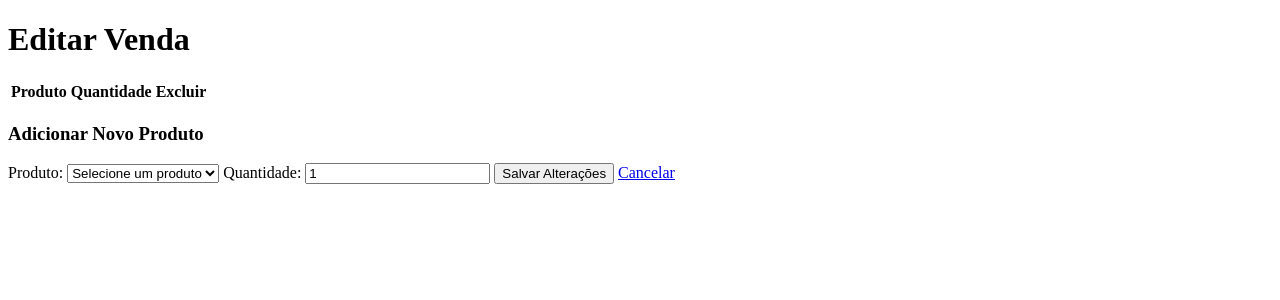
Repository: joaobatistafrontend/class-venda
Page: templates/editar_venda.html
These files come from the project's save history. The page is drawn as it stood at one moment and after the next save; the edit follows.
The browser window is 1280 px wide. The pictures show the whole page.
The template is drawn by Django 4.2. The application's start-up code is not run. Other server files are loaded and not shown. The template is opened directly, without the code that normally fills it, so the values that code supplies are empty.

Above is the page before, as saved 2024-10-27 22:00:03.

### templates/editar_venda.html
<!DOCTYPE html>
<html lang="en">
<head>
    <meta charset="UTF-8">
    <meta name="viewport" content="width=device-width, initial-scale=1.0">
    <title>Editar Venda</title>
</head>
<body>
    <h1>Editar Venda {{ venda.numero_venda }}</h1>

    <form method="post">
        {% csrf_token %}
        {{ formset.management_form }}
        <table>
            <thead>
                <tr>
                    <th>Produto</th>
                    <th>Quantidade</th>
                    <th>Excluir</th>
                </tr>
            </thead>
            <tbody>
                {% for form in formset %}
                    <tr>
                        <td>{{ form.produto }}</td>
                        <td>{{ form.qtd }}</td>
                        <td>{{ form.DELETE }}</td>
                    </tr>
                {% endfor %}
            </tbody>
        </table>

        <h3>Adicionar Novo Produto</h3>
        <label for="produto_id">Produto:</label>
        <select name="produto_id" id="produto_id">
            <option value="">Selecione um produto</option>
            {% for produto in produtos %}
                <option value="{{ produto.id }}">{{ produto.nome }}</option>
            {% endfor %}
        </select>

        <label for="quantidade">Quantidade:</label>
        <input type="number" name="quantidade" id="quantidade" value="1" min="1">

        <button type="submit">Salvar Alterações</button>
        <a href="{% url 'index' %}">Cancelar</a>
    </form>
</body>
</html>

After the next save:
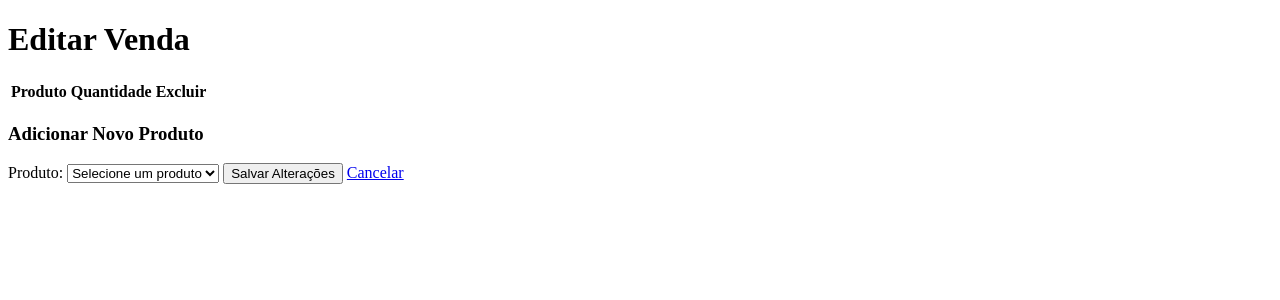
Saved 11 s later.
--- a/templates/editar_venda.html
+++ b/templates/editar_venda.html
@@ -39,8 +39,6 @@
             {% endfor %}
         </select>
 
-        <label for="quantidade">Quantidade:</label>
-        <input type="number" name="quantidade" id="quantidade" value="1" min="1">
 
         <button type="submit">Salvar Alterações</button>
         <a href="{% url 'index' %}">Cancelar</a>
